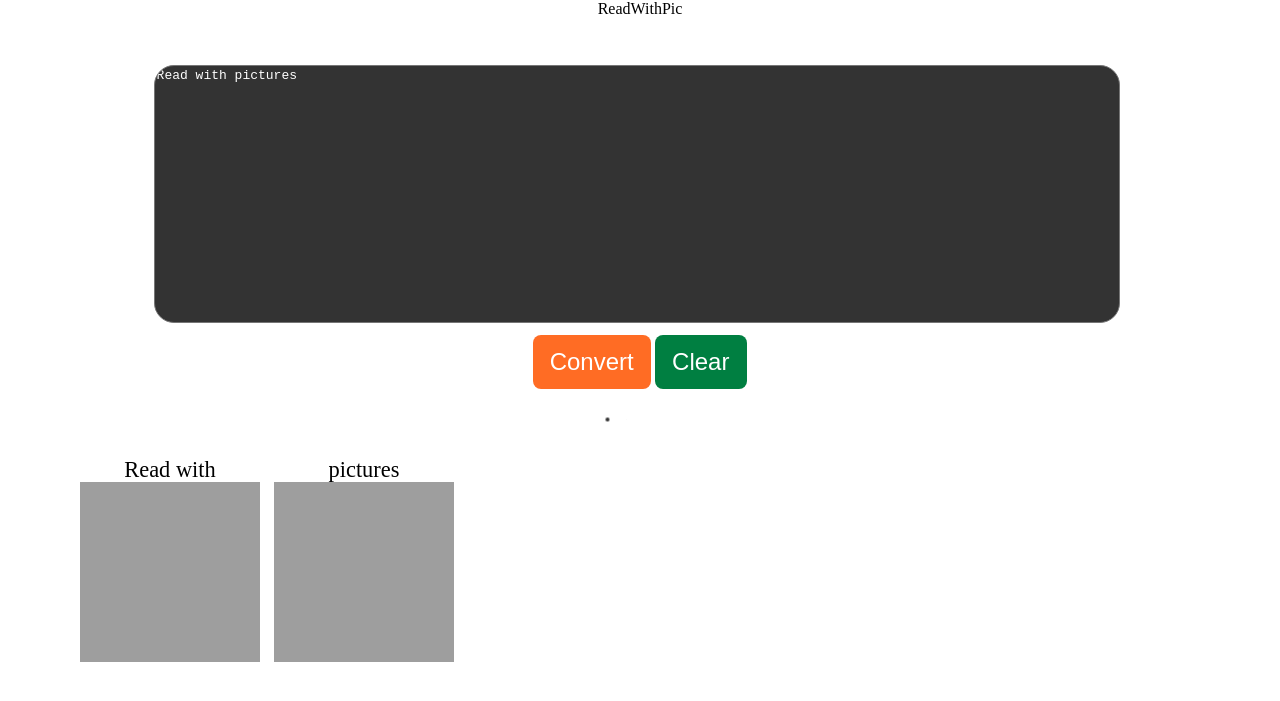
Repository: readwithpic/readwithpic.github.io
Page: index.html
The author's editor kept a record of every edit. The page is drawn from the files as they stood at one moment, then again after the next edit.
The browser window is 1280 px wide. The pictures show the whole page.
Pictures or frames that could not be fetched are drawn as grey boxes. Some web libraries are served in a nearby version.

Above is the page before.
Console error: TypeError: Cannot read properties of undefined (reading 'length')

After the next edit:
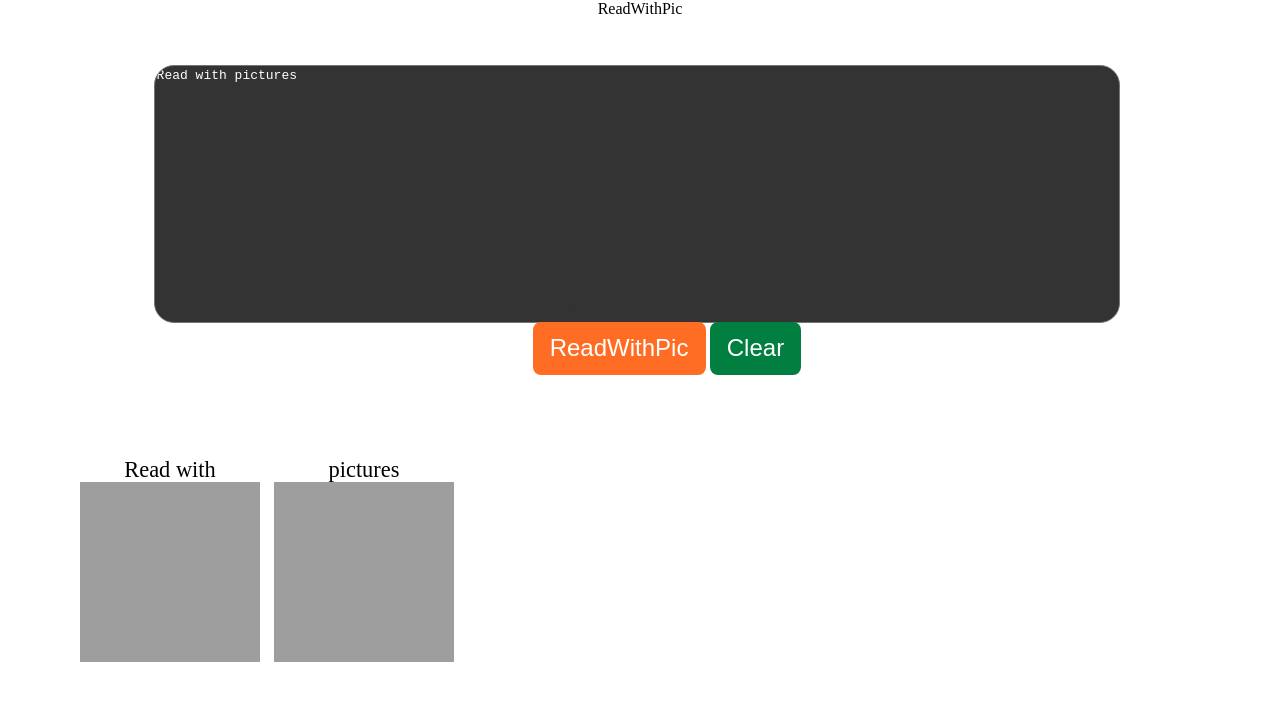
The edit:
--- a/index.html
+++ b/index.html
@@ -24,15 +24,14 @@
 
                 <div class="mainGroup">
                     <div class="group">
-
-                         <button type="button" id="convert" >Convert</button>
-                         <div id="loadingSpin">
+                        <div id="buttonSpin">
                             <div class="spinner">
                                 <div class="bounce1"></div>
                                 <div class="bounce2"></div>
                                 <div class="bounce3"></div>
                             </div>
                         </div>
+                         <button type="button" id="convert" >ReadWithPic</button>
                         <button type="button" id="clear">Clear</button>
                     </div>
                 </div>
